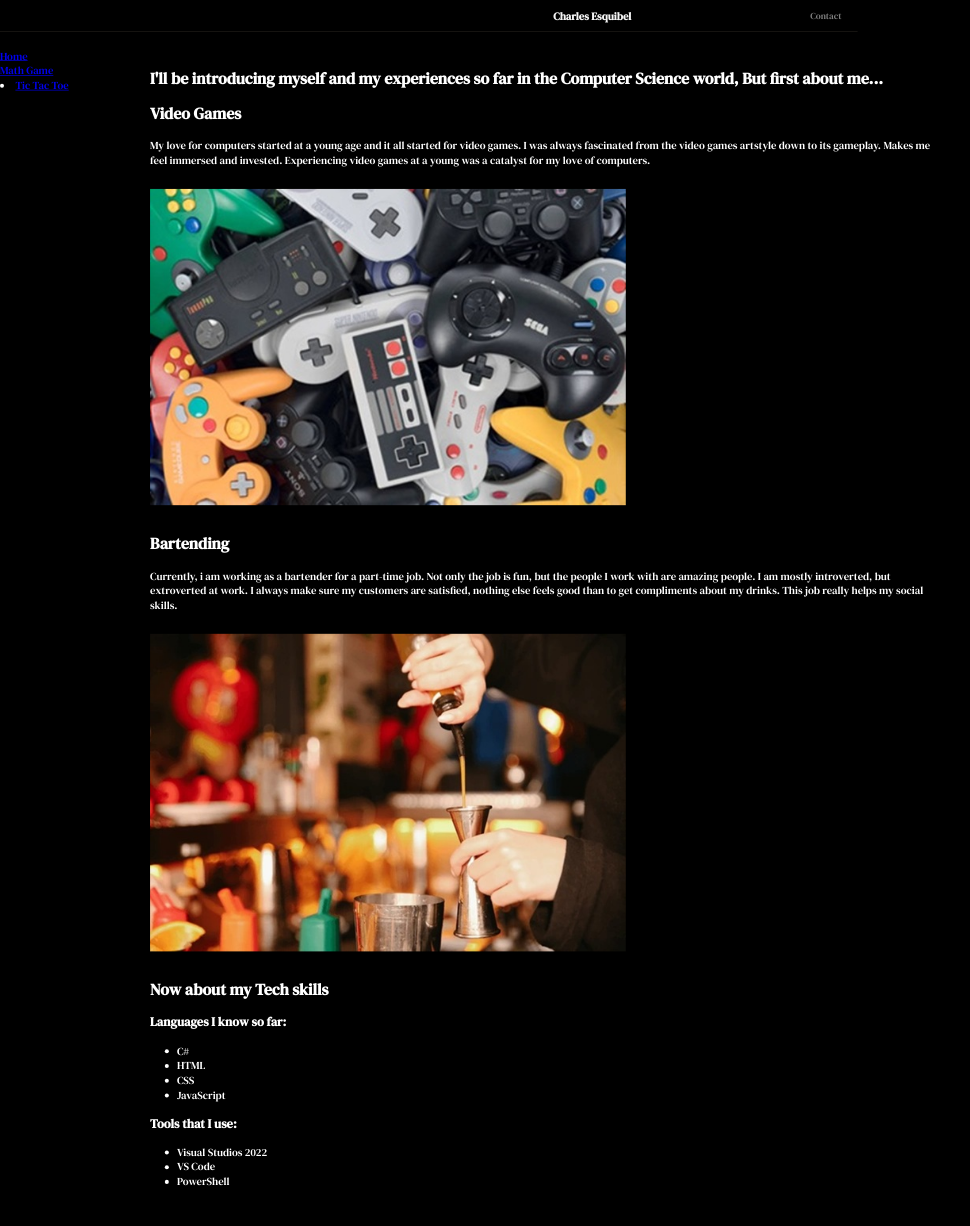
Repository: vGitCharles/vGitCharles
Page: index.html
These files come from the project's save history. The page is drawn as it stood at one moment and after the next save; the edit follows.
The browser window is 1280 px wide. The page is 1448 px wide, so the pictures cover 1448 px, including what lies to the right of the window. The pictures show the whole page, at 67% of full size.

Above is the page before, as saved 2026-05-16 00:02:30.

### index.html
<!DOCTYPE html>
<html lang="en">
<head>
    <meta charset="UTF-8">
    <meta name="viewport" content="width=device-width, initial-scale=1.0">
    <link rel="stylesheet" href="./styles/globals.css">
    <link rel="stylesheet" href="./styles/index.css">

    <title>Home</title>
</head>
<body>

    <!--Sticky Header-->
    <header class="topBar">
        <button class="hamburger" id="hamburger" aria-label="Open Navigation" aria-expanded="false" aria-coontrols="sidebar"></button>
        <span></span>
        <span></span>
        <span></span>
        </button>
        <p class="TopBar_Name"> Charles Esquibel</p>
        <a class="TopBar_Email" href="mailto:esquibelcharles@gmail.com">Contact</a>
    </header>

    <!--Sidebar-->
    <nav class="sidebar" aria-label="Site Navigation">
        <ul>

            <li><a href="./index.html" class="SideBar_Link active">Home</a></li>

            <li><a href="./pages/MathGame.html" class="sidebar__link">Math Game</a></li>
        </ul>
        <li><a href="./pages/TicTacToe.html" class="sidebar__link">Tic Tac Toe</a></li>
    </nav>
    <main class="page-content">






    <h2>I'll be introducing myself and my experiences so far in the Computer Science world, But first about me...</h2>
    <h2>Video Games</h2>

    <p>My love for computers started at a young age and it all started for video games. I was always fascinated from the video games artstyle down to its gameplay. Makes me feel immersed and invested. Experiencing video games at a young was a catalyst for my love of computers.</p>

    <img src="./assets/images/gamer-600.jpg"
     srcset="./assets/images/gamer-800.jpg 400w
    ./assets/images/gamer-1200.jpg 1200w
    ./assets/images/gamer-400.jpg 400w
    "
    sizes="100vw"

    alt="gamer stock image">
    <h2>Bartending</h2>
    <p>Currently, i am working as a bartender for a part-time job. Not only the job is fun, but the people I work with are amazing people. I am mostly introverted, but extroverted at work. I always make sure my customers are satisfied, nothing else feels good than to get compliments about my drinks. This job really helps my social skills.</p>
    <img src="./assets/images/bartender-600.jpg"
    srcset="./assets/images/bartender-800.jpg 800w
    ./assets/images/bartender-1200.jpg 1200w
    ./assets/images/bartender-400.jpg 400w
    "
    sizes="100vw"

    alt="bartender making a drink">
    <h2>Now about my Tech skills</h2>
    <h3>Languages I know so far:</h3>
    <ul>
        <li>C#</li>
        <li>HTML</li>
        <li>CSS</li>
        <li>JavaScript</li>
    </ul>
    <h3>Tools that I use:</h3>
    <ul>
        <li>Visual Studios 2022</li>
        <li>VS Code</li>
        <li>PowerShell</li>
    </ul>
      </main>
      <script src="./scripts/sidebar.js"></script>
</body>
</html>

### styles/globals.css
@font-face {
    font-family:'IBM';
    src: url('../assets/fonts/DM_Serif_Text/DMSerifText-Regular.ttf') format('truetype');
}

body{
    font-family:'IBM',sans-serif ;
    overflow-x: hidden;
    background-color: black;
    color: white;
}
/*ensures all elements have box-sizing https://www.w3schools.com/cssref/sel_before.php*/
*,*::before, *::after{
    box-sizing: border-box;
}

### styles/index.css
.topBar{
    position: fixed;
    top:0;
    left: 0;
    right: 0;
    height:3rem;
    z-index: 100;
    background-color: black;
    border-bottom: 1px solid #2a2520;
    display: flex;
    align-items: center;
    justify-content: space-between;
    padding: 0 1.5rem;

}
.TopBar_Name{
    font-family:'IBM', sans-serif ;
    font-size: 1rem;
    color:whitesmoke;
    font-weight: 600;
}
.TopBar_Email{
    font-family: 'IBM',sans-serif;
    font-size:0.85rem;
    color: grey;
    text-decoration: none;
    transition: color 0.2s;
}
.TopBar_Email:hover{
    color: yellow;
}
/*SideBar*/
.sidebar{
    position: fixed;
    top:3rem;
    left: 0;
    bottom:0;
    width: 11rem;
    background-color: black;
    border-right: 1px solid black;
    padding:1.5rem 0;
    /*hidden off-screen on mobile*/
    transform: translateX(-100%);
    z-index:90;
}
.sidebar ul{
    list-style: none;
    margin:0;
    padding:0;
}

.sidebar_link{
    display:block;
    padding: 0.6rem 1.25rem;
    font-family: 'IBM', sans-serif;
    font-size:0.85rem;
    color: grey;
    text-decoration: none;
    border-left: 2px solid transparent;
    transition:color 0.2s, border-color 0.2s, background-color 0.2s;
}
.sidebar_link:hover{
    color:white;
    background-color: black;
    border-left-color: darkorange;

}
.sidebar_link:active{
    color:goldenrod;
    border-left-color: goldenrod;
    background-color: black;
}
/*function allows re-position an element along the x-axis https://www.w3schools.com/cssref/func_translatex.php*/
.sidebar.is-open{
    transform:translateX(0);
}
/*Hamburger button (mobile only) https://www.w3schools.com/howto/howto_css_menu_icon.asp*/
.hamburger{
    display:flex;
    flex-direction: column;
    gap:5px;
    background: none;
    border:none;
    cursor:pointer;
    padding: 0.25rem;
    margin-right: 0.75rem;
}
.hamburger span{
    display:block;
    width:1.4rem;
    height:1.5px;
    background-color:white;
    border-radius: 2px;
}

/*Main Content*/
.page-content{
    margin-top: 3rem;
    margin-left: 11rem;
    padding:2rem 2.5rem;
    box-sizing: border-box;
    width:100%;
    overflow-x: hidden;

}
.page-content img{
    width:100%;
    max-width: 100%;
    height: auto;
    margin-block: 1rem;
}
/* Tablet*/
@media (min-width:40rem){
    .page-content{
        padding: 2rem 1.5rem;
    }
    .page-content img{
        max-width: 80%;
    }
}
/*Desktop*/
@media (min-width: 50rem){
    .hamburger{
        display: none;
    }
    .sidebar{
        transform: translateX(0);
    }
    .page-content{
        margin-left:11rem;
        padding:2rem 2.5rem;
    }
    .page-content img{
        max-width: 60%;
    }
}

### scripts/sidebar.js
const hamburger = document.getElementById('hamburger');
const sidebar = document.getElementById('sidebar');

hamburger.addEventListener('click', () => {
    const isOpen = sidebar.classList.toggle('is-open');
    hamburger.setAttribute('aria-expanded', isOpen);
});

After the next save:
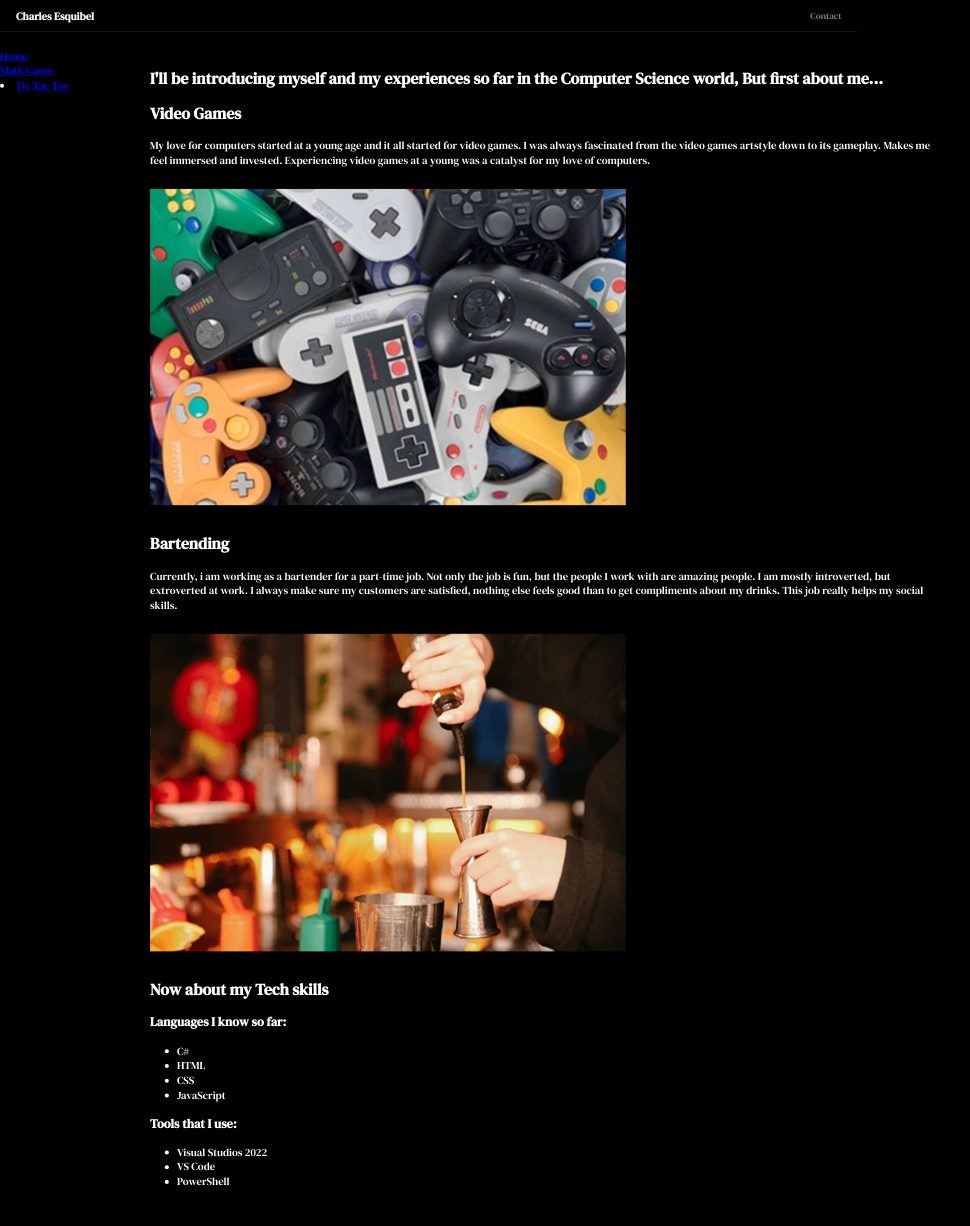
Saved 4 min 57 s later.
--- a/index.html
+++ b/index.html
@@ -12,7 +12,7 @@
 
     <!--Sticky Header-->
     <header class="topBar">
-        <button class="hamburger" id="hamburger" aria-label="Open Navigation" aria-expanded="false" aria-coontrols="sidebar"></button>
+        <button class="hamburger" id="hamburger" aria-label="Open Navigation" aria-expanded="false" aria-coontrols="sidebar">
         <span></span>
         <span></span>
         <span></span>
